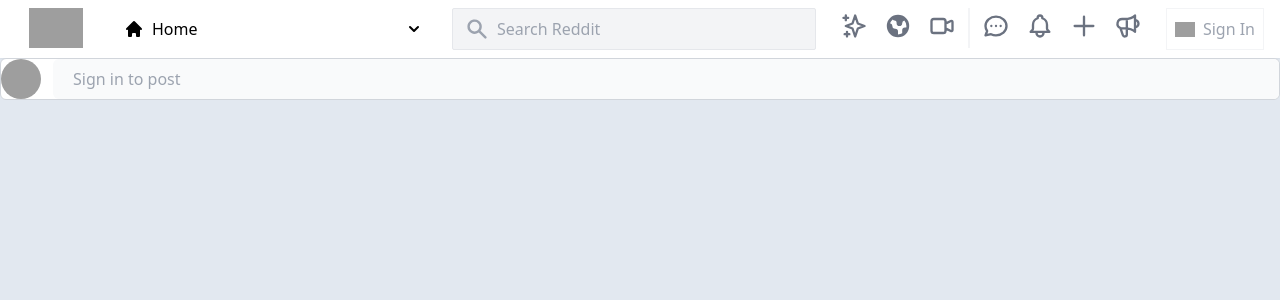
Repository: Scripter-Automation/reditclone
Page: /
These files come from the project's save history. The page is drawn as it stood at one moment and after the next save; the edit follows.
The browser window is 1280 px wide. The pictures show the whole page.
Pictures or frames that could not be fetched are drawn as grey boxes. The page's requests for data from a server got no answer. The project was rebuilt for these pictures with package versions that can differ from the ones it lists, and the page was loaded fresh each time. A package was used in the major version that the imports need, not the one package.json lists. The framework's server and built-in components were replaced by stand-ins that run in the browser. No one was signed in, and anything a server would have sent is missing. Also part of the build but not shown: next.config.js.

Above is the page before, as saved 2022-05-27 18:36:38.

### pages/_app.tsx
import '../styles/globals.css'
import type { AppProps } from 'next/app'
import {SessionProvider} from "next-auth/react"
import Header from '../components/Header'
import { ApolloProvider } from '@apollo/client'
import client from "../apollo-client"

function MyApp({ Component, pageProps:{session, ...pageProps} }: AppProps) {
  return (
    <ApolloProvider client={client}>
    <SessionProvider session={session}>
      <div className='h-screen overflow-y-scroll bg-slate-200'>
        <Header></Header>
        <Component {...pageProps} />
      </div>
    </SessionProvider>
    </ApolloProvider>
  )

}

export default MyApp

### pages/index.tsx
import type { NextPage } from 'next'
import Head from 'next/head'
import Image from 'next/image'
import Header from '../components/Header'
import PostBox from '../components/PostBox'

const Home: NextPage = () => {
  return (
    <div className="">
      <Head>
        <title>Reddit 2.0  clone</title>
        <link rel="icon" href="/favicon.ico" />
      </Head>
      <PostBox></PostBox>

    </div>
    )
}

export default Home

### styles/globals.css
@tailwind base;
@tailwind components;
@tailwind utilities;

@layer components{
    .icon{
        @apply h-9 w-6 lg:w-9 cursor-pointer rounded-sm lg:p-1 lg:hover:bg-gray-100
    }
}

### components/Header.tsx
import Image from 'next/image'
import React from 'react'
import { MenuIcon, ChevronDownIcon, HomeIcon, SearchIcon, GlobeIcon} from "@heroicons/react/solid"
import {
    StarIcon,
    BellIcon,
    ChatIcon,
    PlusIcon,
    SparklesIcon,
    SpeakerphoneIcon,
    VideoCameraIcon
} from "@heroicons/react/outline"
import { signIn, signOut, useSession } from 'next-auth/react'
export default function Header() {

    const {data:session} = useSession();

  return (
    <div className='sticky top-0 z-50 flex bg-white px-4 py-2 shadow-sm'>
        <div className='relative h-10 w-20 flex-shrink-0'>
            <Image objectFit='contain' src="https://links.papareact.com/fqy" layout='fill'></Image>
        </div>
        <div className='flex items-center mx-7 xl:min-w-[300px]'>
            <HomeIcon className='h-5 w-5'></HomeIcon>
            <p className='flex-1 ml-2 hidden lg:inline'>Home</p>
            <ChevronDownIcon className='h-5 w-5'></ChevronDownIcon>
        </div>
        <form className='flex flex-1 items-center space-x-2 border border-gray-200 rounded-sm bg-gray-100 px-3 py-1'>
            <SearchIcon className='h-6 w-6 text-gray-400'/>
            <input className='flex-1 bg-transparent outline-none' type="text" placeholder="Search Reddit"></input>
            <button type="submit" hidden></button>
        </form>
        <div className=' text-gray-500 space-x-2 hidden lg:inline-flex mx-5'>
            <SparklesIcon className='icon'></SparklesIcon>
            <GlobeIcon className='icon'></GlobeIcon>
            <VideoCameraIcon className='icon'></VideoCameraIcon>
            <hr className='h-10 border border-gray-100' />
            <ChatIcon className='icon'></ChatIcon>
            <BellIcon className='icon'></BellIcon>
            <PlusIcon className='icon'></PlusIcon>
            <SpeakerphoneIcon className='icon'></SpeakerphoneIcon>
        </div>
        <div className='ml-5 flex items-center lg:hidden'>
            <MenuIcon className='icon'></MenuIcon>
        </div>
        {session ? (
            <div onClick={()=>{signOut()}} className='hidden lg:flex items-center space-x-2 border border-gray-100 p-2 cursor-pointer'>
            <div className='relative h-5 w-5 flex-shrink-0'>
            <Image src="https://links.papareact.com/23l" objectFit='contain' layout='fill' alt="" />
            </div>
            <div className='flex-1 text-xs'>
            <p className='truncate'>{session?.user?.name}</p>
            <p className='text-gray-400'>1 Karma</p>
            </div>
            <ChevronDownIcon className='h-5 flex-shrink-0 text-gray-400'></ChevronDownIcon>
        </div>
        ):(

        <div onClick={()=>{signIn()}} className='hidden lg:flex items-center space-x-2 border border-gray-100 p-2 cursor-pointer'>
            <div className='relative h-5 w-5 flex-shrink-0'>
            <Image src="https://links.papareact.com/23l" objectFit='contain' layout='fill' alt="" />
            </div>
            <p className='text-gray-400'>Sign In</p>
        </div>
        )}
    </div>
  )
}

### apollo-client.js
import { ApolloClient, InMemoryCache } from "@apollo/client";

const client = new ApolloClient({
    uri: "https://seraing.stepzen.net/api/morbid-macaw/__graphql",
    headers:{
        Authorization:`Apikey ${process.env.NEXT_PUBLIC_STEPZEN_KEY}`
    },
    cache: new InMemoryCache(),
});

export default client;

### components/PostBox.tsx
import { useSession } from 'next-auth/react'
import React from 'react'
import Avatar from './Avatar'

export default function PostBox() {
    const {data:session} = useSession()

  return (
    <form className='sticky top-16 z-50 bg-white border rounded-md border-gray-300 '>
        <div className='flex items-center space-x-3'>
            <Avatar></Avatar>

            <input
                disabled={!session}
                className= "flex-1 rounded-md bg-gray-50 p-2 pl-5 outilne-none"
                type="text"
                placeholder={session ? 'Createa a post by entering a titile!':'Sign in to post'}
            >
            </input>
        </div>
    </form>
  )
}

### components/Avatar.tsx
import { useSession } from 'next-auth/react'
import React from 'react'
import Image from 'next/image'

type Props = {
    seed?: string
    large?: boolean
}

export default function Avatar({seed, large} : Props) {

    const {data:session} = useSession()

  return (
    <div className={`overflow-hidden relative h-10 w-10 rounded-full border-gray-300 bg-white ${large && `h-20 w-20`}`}>
        <Image layout='fill' src={`https://avatars.dicebear.com/api/open-peeps/${seed ||session?.user?.name || "placeholder"}.svg`}></Image>
    </div>
  )
}

Loaded but not shown: tailwind.config.js (common file)

After the next save:
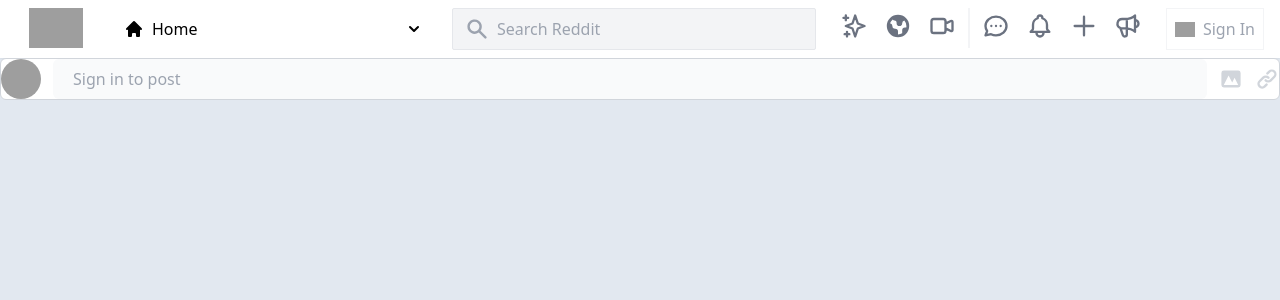
Saved 15 h 13 min later.
--- a/components/PostBox.tsx
+++ b/components/PostBox.tsx
@@ -1,3 +1,4 @@
+import { LinkIcon, PhotographIcon } from '@heroicons/react/solid'
 import { useSession } from 'next-auth/react'
 import React from 'react'
 import Avatar from './Avatar'
@@ -17,6 +18,9 @@
                 placeholder={session ? 'Createa a post by entering a titile!':'Sign in to post'}
             >
             </input>
+
+            <PhotographIcon className={`h-6 text-gray-300 cursor-pointer`}></PhotographIcon>
+            <LinkIcon className='h-6 text-gray-300'></LinkIcon>
         </div>
     </form>
   )
